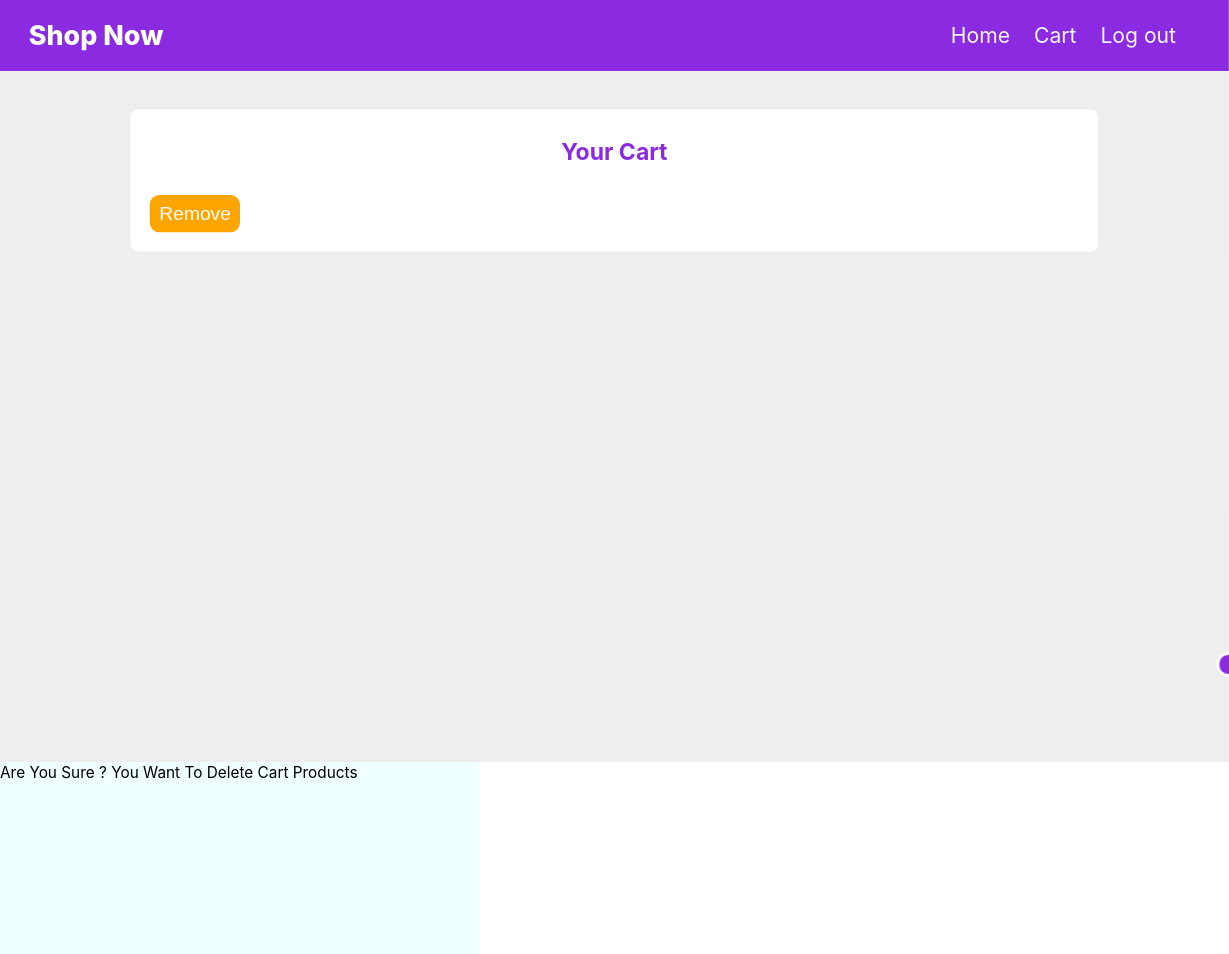
Repository: Eslam0Mohamed/simple-ecommerce-auth
Page: cart.html
An editor plug-in stored every save of this project. The page is shown before and after the next save, followed by the edit.
The browser window is 1280 px wide. The pictures show the whole page, at 96% of full size.
The page's requests for data from a server got no answer.

Above is the page before, as saved 2026-02-02 14:33:25.

After the next save:
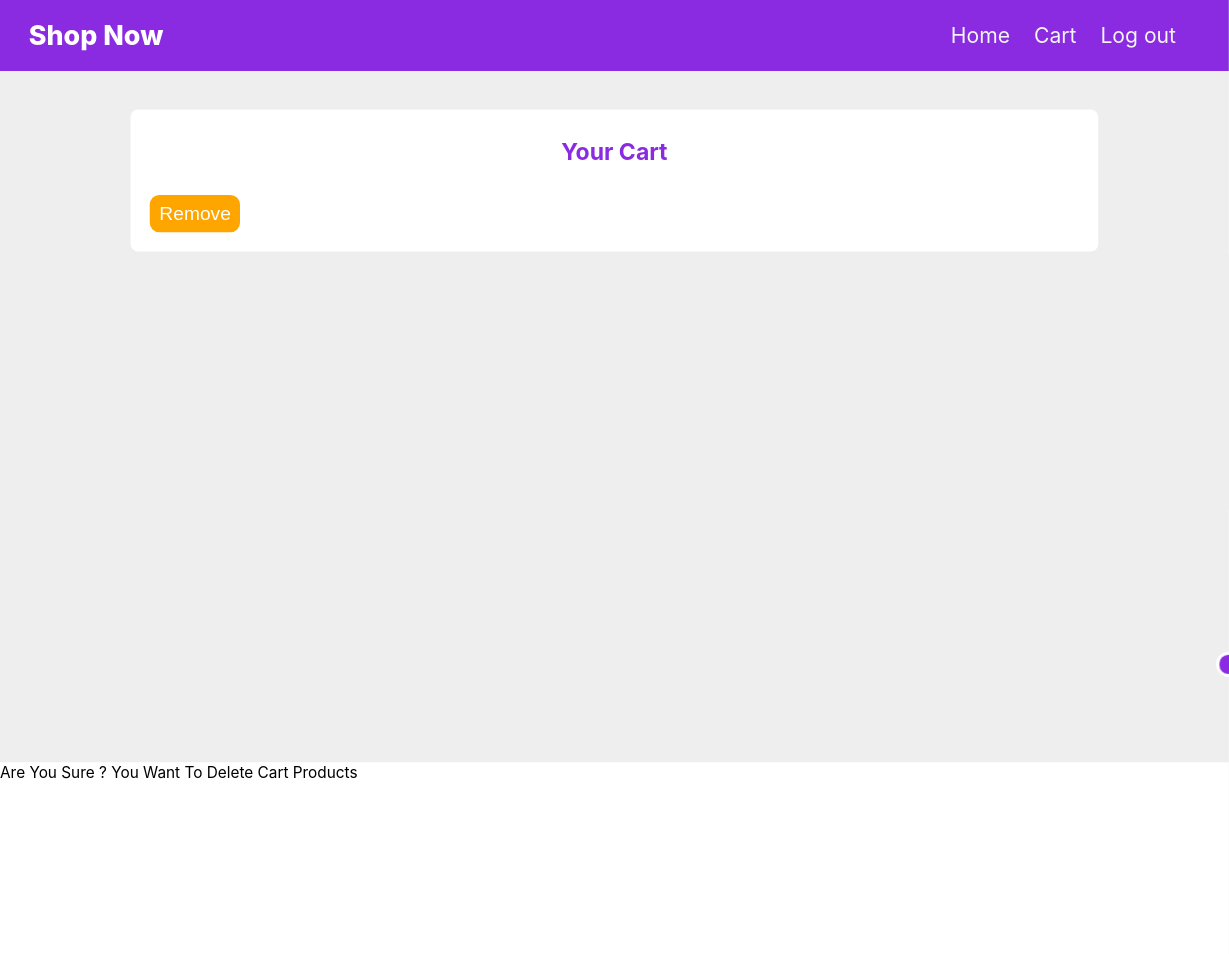
Saved 12 s later.
--- a/style/style.css
+++ b/style/style.css
@@ -286,6 +286,7 @@
     margin: 20px 0;
 }
 .delete-model{
+    pos
 background-color: azure;
 width: 500px;
 height: 200px;

After the 3 saves that followed:
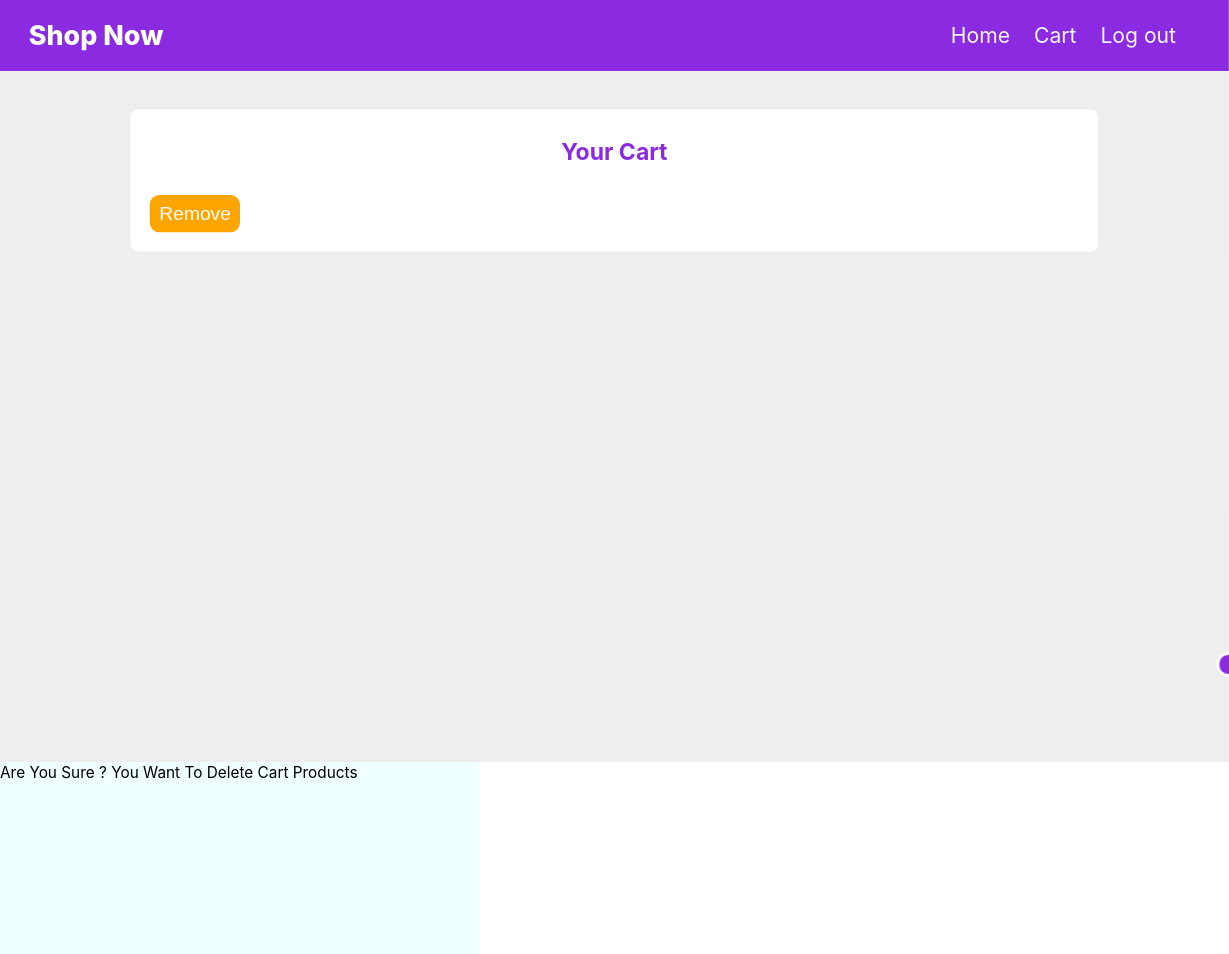
The 3 saves are shown as one change because they came seconds apart.
The last was saved 15 s later.
--- a/style/style.css
+++ b/style/style.css
@@ -286,7 +286,7 @@
     margin: 20px 0;
 }
 .delete-model{
-    pos
+    position: absolute;
 background-color: azure;
 width: 500px;
 height: 200px;
